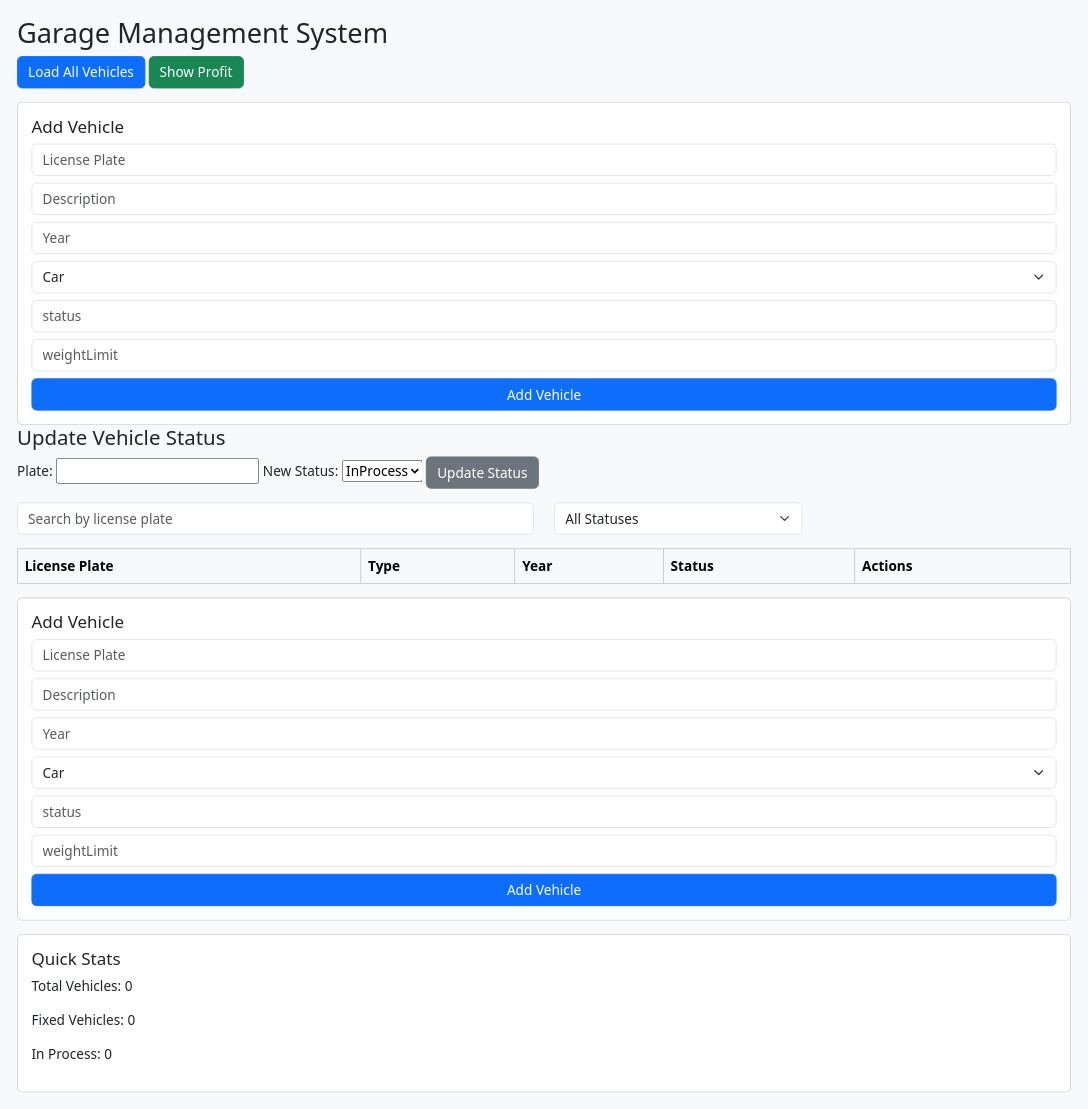
Repository: pravinpkadam444/garage-app
Page: garage-app/src/main/resources/static/index.html
These files come from the project's save history. The page is drawn as it stood at one moment and after the next save; the edit follows.
The browser window is 1280 px wide. The pictures show the whole page, at 85% of full size.
The page's requests for data from a server got no answer.

Above is the page before, as saved 2025-12-07 12:01:55.

After the next save:
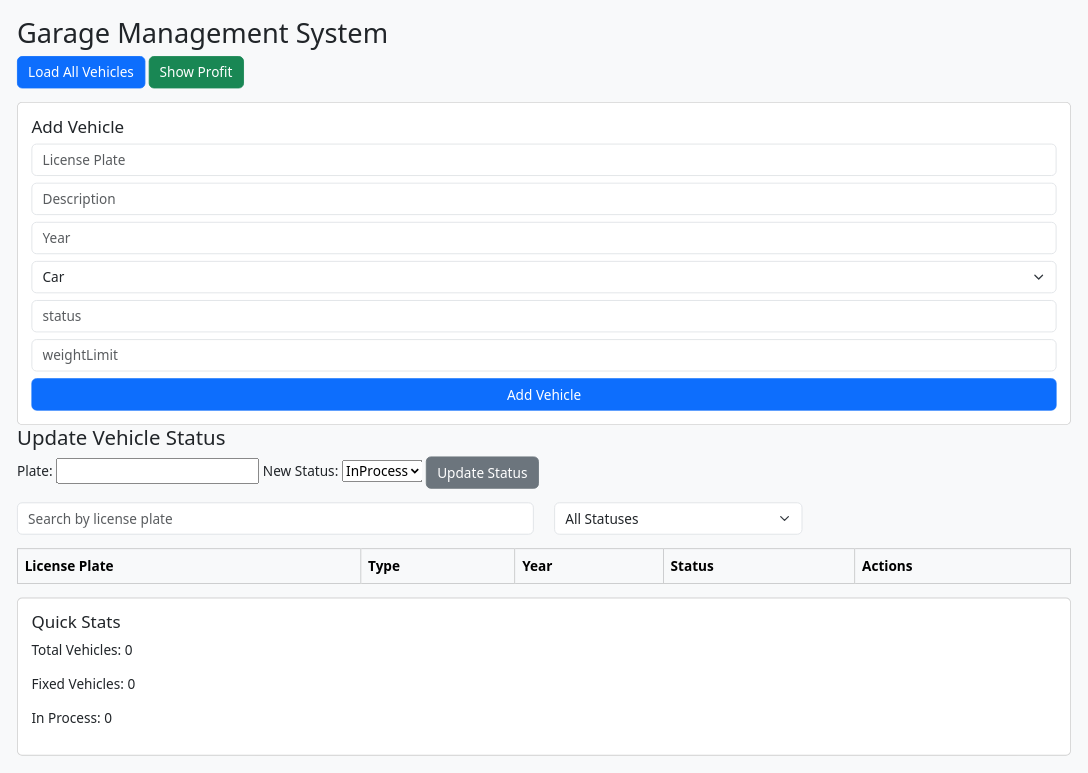
Saved 55 s later.
--- a/garage-app/src/main/resources/static/index.html
+++ b/garage-app/src/main/resources/static/index.html
@@ -92,7 +92,7 @@
 </div>
 
 <!-- Add Vehicle Form -->
-<div class="card mt-3 p-3">
+<!--<div class="card mt-3 p-3">
     <h5>Add Vehicle</h5>
     <input id="addPlate" class="form-control mb-2" placeholder="License Plate">
     <input id="addDesc" class="form-control mb-2" placeholder="Description">
@@ -106,7 +106,7 @@
     <input id="addWeightLimit" class="form-control mb-2" placeholder="weightLimit">
 
     <button class="btn btn-primary" onclick="addVehicle()">Add Vehicle</button>
-</div>
+</div>-->
 
 <!-- Quick Stats -->
 <div class="card mt-3 p-3">
